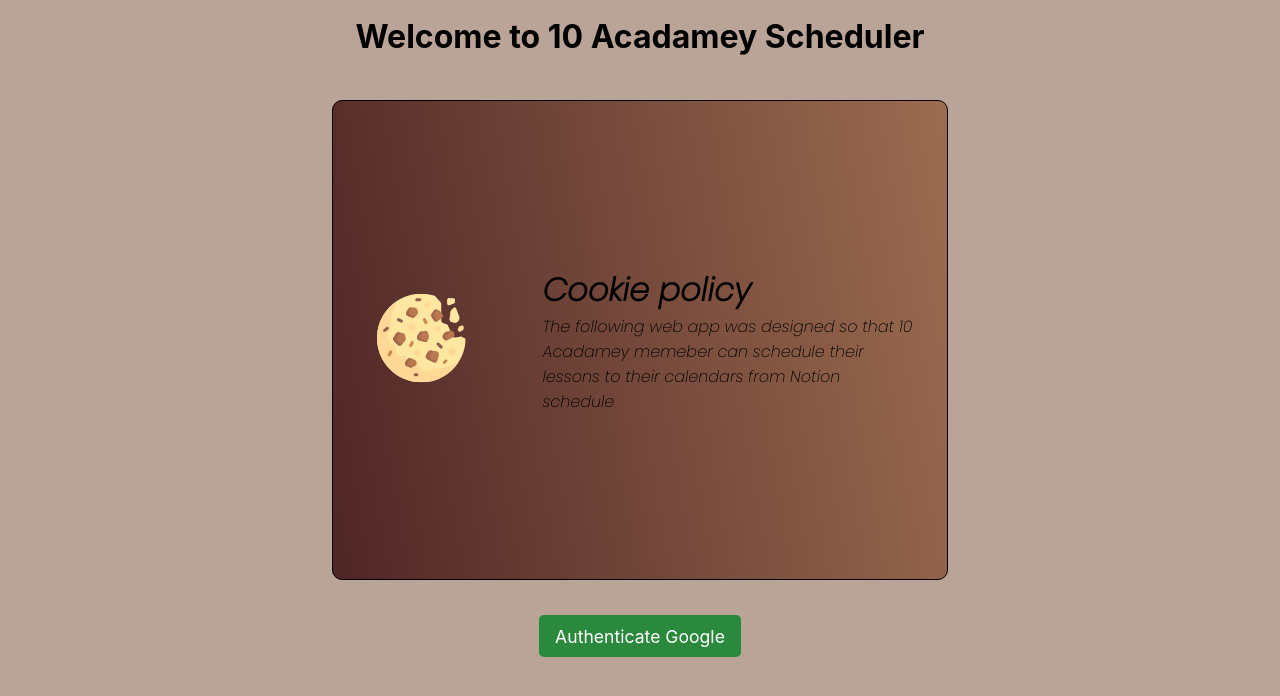
Repository: nebilarega/calendar-extractor
Page: / (app in frontend/)
These files come from the project's save history. The page is drawn as it stood at one moment and after the next save; the edit follows.
The browser window is 1280 px wide. The pictures show the whole page.
The project was rebuilt for these pictures with package versions that can differ from the ones it lists, and the page was loaded fresh each time.

Above is the page before, as saved 2022-08-25 00:14:37.

### frontend/src/App.js
import "./App.css";
import { GoogleOAuthProvider } from "@react-oauth/google";
import { GoogleLogin } from "@react-oauth/google";
import { useState } from "react";
import axios from "axios";

import LandingPage from "./component/LandingPage";

const sampleData = {
  submmary: "Nebil this is a new event",
  description: "A chance to hear more about Google's developer products.",
  location: "800 Howard St., San Francisco, CA 94103",
  start: "August 23, 2022 8:00 AM UTC",
  end: "August 23, 2022 9:00 AM UTC",
  hangoutLink: "meet.google.com/ysb-kjdn-hpp",
};
const App = () => {
  let url;
  const [disabled, setDisabled] = useState(false);
  const responseGoogle = (response) => {
    const code = response;
    axios
      .post("/api/create-tokens", code)
      .then((response) => {
        console.log("response", response.data);
      })
      .catch((error) => {
        console.log(error);
      });
  };
  const responseError = (response) => {
    console.log(response);
  };
  const getUrl = () => {
    axios.get("/api/create-token-v2").then((response) => {
      url = response.data.url;
      if (url) {
        setDisabled(true);
      }
      window.open(url, "_blank");
    });
  };
  const handleClick = () => {
    axios.post("/api/create-events", sampleData).then((response) => {
      console.log("response", response.data);
    });
  };
  return (
    <div className="App" style={{ height: "100vh" }}>
      <LandingPage
        disabled={disabled}
        getUrl={getUrl}
        handleClick={handleClick}
      ></LandingPage>
    </div>
  );
};

export default App;

### frontend/src/App.css
.App {
  text-align: center;
}

.App-logo {
  height: 40vmin;
  pointer-events: none;
}

@media (prefers-reduced-motion: no-preference) {
  .App-logo {
    animation: App-logo-spin infinite 20s linear;
  }
}

.App-header {
  background-color: #282c34;
  min-height: 100vh;
  display: flex;
  flex-direction: column;
  align-items: center;
  justify-content: center;
  font-size: calc(10px + 2vmin);
  color: white;
}

.App-link {
  color: #61dafb;
}

@keyframes App-logo-spin {
  from {
    transform: rotate(0deg);
  }
  to {
    transform: rotate(360deg);
  }
}
.center {
  display: flex;
  justify-content: center;
  align-items: center;
}
.academy {
  width: 100%;
  height: 50vh;
  border-radius: 10px;
  display: flex;
  flex-direction: column;
  justify-content: space-between;
  align-items: center;
  /* margin-left: 10%; */
  /* margin-right: 10%; */
}
.academy-calendar {
  margin-top: 20%;
  font-size: 30px;
}

### frontend/src/component/LandingPage.js
import "../css/landing.css";

const LandingPage = ({ disabled, handleClick, getUrl }) => {
  return (
    <div className="main">
      <header className="header">
        <span className="title"> Welcome to 10 Acadamey Scheduler</span>
      </header>
      <main className="body">
        <div className="card">
          <div className="cookie__container">
            <svg
              width="512"
              height="512"
              viewBox="0 0 512 512"
              fill="none"
              xmlns="http://www.w3.org/2000/svg"
            >
              <g id="cookies-svgrepo-com 1" clipPath="url(#clip0_1_4)">
                <g id="crumbs">
                  <g id="Group">
                    <path
                      id="Vector"
                      d="M469.253 151.699L453.086 148.466C443.898 146.628 437.746 137.932 439.071 128.657L444.704 89.224C445.207 85.707 446.847 82.495 449.233 79.881C446.837 79.76 444.377 80.531 442.464 82.443L429.991 94.915C427.29 97.616 425.537 101.121 424.998 104.902L419.365 144.335C418.04 153.612 424.193 162.307 433.38 164.144L449.547 167.377C456.562 168.779 463.731 165.811 467.7 159.858L473.019 151.88C471.767 151.905 470.514 151.952 469.253 151.699Z"
                      fill="#FFD796"
                    />
                    <path
                      id="Vector_2"
                      d="M435.885 48.122C430.086 50.441 423.779 46.171 423.779 39.926V26.482H414.951C410.076 26.482 406.123 30.435 406.123 35.31V57.582C406.123 63.828 412.43 68.098 418.229 65.778L444.712 55.185C448.063 53.844 450.261 50.599 450.261 46.989V42.372L435.885 48.122Z"
                      fill="#FFD796"
                    />
                    <path
                      id="Vector_3"
                      d="M472.318 192.523L467.1 202.959C465.858 205.444 465.858 208.369 467.1 210.854L469.481 215.618C471.856 220.367 477.855 221.961 482.273 219.016L496.504 209.529C498.96 207.891 500.435 205.135 500.435 202.184V192.673C500.435 186.648 494.532 182.393 488.816 184.299L477.421 188.097C475.201 188.836 473.365 190.428 472.318 192.523Z"
                      fill="#FFD796"
                    />
                  </g>
                  <g id="Group_2">
                    <path
                      id="Vector_4"
                      d="M406.124 35.31V57.582C406.124 63.828 412.431 68.098 418.23 65.778L444.713 55.185C448.064 53.844 450.262 50.598 450.262 46.989V35.31C450.262 30.435 446.309 26.482 441.434 26.482H414.951C410.077 26.482 406.124 30.435 406.124 35.31Z"
                      fill="#FFE6A1"
                    />
                    <path
                      id="Vector_5"
                      d="M424.997 104.904L419.364 144.338C418.039 153.614 424.192 162.31 433.379 164.147L449.546 167.38C456.562 168.784 463.73 165.814 467.699 159.861L473.779 150.741C476.928 146.016 477.614 140.065 475.62 134.749L457.203 85.638C454.912 79.53 447.077 77.833 442.464 82.446L429.992 94.917C427.29 97.618 425.538 101.123 424.997 104.904Z"
                      fill="#FFE6A1"
                    />
                  </g>
                </g>
                <g id="cookie">
                  <path
                    id="Vector_6"
                    d="M479.632 248.36L455.291 253.228C447.191 254.848 439.05 250.635 435.695 243.086L409.622 184.42C407.415 179.453 403.043 175.781 397.771 174.462L384.188 171.067C376.328 169.102 370.815 162.041 370.815 153.939V59.803C370.815 55.404 369.172 51.163 366.209 47.911L333.415 11.925C303.848 2.562 271.976 -1.615 238.84 0.567C111.485 8.957 8.31599 112.557 0.544988 239.95C-8.52201 388.608 109.356 512 256.055 512C395.978 512 509.609 399.725 511.945 260.359L490.991 249.882C487.479 248.125 483.482 247.59 479.632 248.36Z"
                    fill="#FFE6A1"
                  />
                  <g id="Group_3">
                    <path
                      id="Vector_7"
                      d="M335.503 432.551C333.949 432.551 332.418 432.462 330.871 432.434C321.171 443.315 307.089 450.206 291.365 450.206C268.205 450.206 248.569 435.316 241.372 414.608C209.693 402.071 181.119 383.419 157.105 360.071C153.472 361.166 149.699 361.93 145.709 361.93C123.77 361.93 105.985 344.145 105.985 322.206C105.985 314.544 108.257 307.453 112.015 301.385C111.746 300.904 111.459 300.437 111.192 299.954C83.637 298.086 61.848 275.201 61.848 247.172C61.848 230.653 69.414 215.908 81.265 206.194C80.142 196.463 79.503 186.585 79.503 176.551C79.503 126.202 94.097 79.289 119.2 39.697C47.614 85.085 0.0549927 164.964 0.0549927 256C0.0549927 397.385 114.67 512 256.055 512C347.091 512 426.969 464.441 472.358 392.855C432.766 417.958 385.853 432.551 335.503 432.551Z"
                      fill="#FFD796"
                    />
                    <path
                      id="Vector_8"
                      d="M198.676 211.862C210.864 211.862 220.745 201.981 220.745 189.793C220.745 177.605 210.864 167.724 198.676 167.724C186.488 167.724 176.607 177.605 176.607 189.793C176.607 201.981 186.488 211.862 198.676 211.862Z"
                      fill="#FFD796"
                    />
                    <path
                      id="Vector_9"
                      d="M432.607 357.517C444.795 357.517 454.676 347.636 454.676 335.448C454.676 323.26 444.795 313.379 432.607 313.379C420.419 313.379 410.538 323.26 410.538 335.448C410.538 347.636 420.419 357.517 432.607 357.517Z"
                      fill="#FFD796"
                    />
                    <path
                      id="Vector_10"
                      d="M231.779 357.517C240.311 357.517 247.227 350.601 247.227 342.069C247.227 333.537 240.311 326.621 231.779 326.621C223.247 326.621 216.331 333.537 216.331 342.069C216.331 350.601 223.247 357.517 231.779 357.517Z"
                      fill="#FFD796"
                    />
                    <path
                      id="Vector_11"
                      d="M350.952 216.275C359.484 216.275 366.4 209.359 366.4 200.827C366.4 192.295 359.484 185.379 350.952 185.379C342.42 185.379 335.504 192.295 335.504 200.827C335.504 209.359 342.42 216.275 350.952 216.275Z"
                      fill="#FFD796"
                    />
                    <path
                      id="Vector_12"
                      d="M289.159 79.448C297.691 79.448 304.607 72.5317 304.607 64C304.607 55.4683 297.691 48.552 289.159 48.552C280.627 48.552 273.711 55.4683 273.711 64C273.711 72.5317 280.627 79.448 289.159 79.448Z"
                      fill="#FFD796"
                    />
                  </g>
                  <g id="Group_4">
                    <path
                      id="Vector_13"
                      d="M243.209 227.386L233.004 244.395C226.904 254.561 232.36 267.731 243.861 270.606L274.237 278.2C283.697 280.565 293.283 274.814 295.647 265.354L299.122 251.454C299.825 248.642 299.825 245.702 299.122 242.89L295.448 228.193C293.163 219.05 284.099 213.314 274.858 215.162L254.886 219.156C250.008 220.133 245.769 223.121 243.209 227.386Z"
                      fill="#B97850"
                    />
                    <path
                      id="Vector_14"
                      d="M294.162 336.673L283.519 354.411C278.228 363.23 281.564 374.687 290.762 379.286L324.644 396.227C334.746 401.279 346.928 395.675 349.668 384.718L353.158 370.758L357.237 354.439C359.776 344.283 352.97 334.16 342.605 332.679L311.796 328.277C304.766 327.273 297.816 330.582 294.162 336.673Z"
                      fill="#B97850"
                    />
                    <path
                      id="Vector_15"
                      d="M108.413 231.358L95.424 253.007C91.256 259.954 92.351 268.846 98.079 274.575L118.521 295.018C125.962 302.459 138.218 301.78 144.792 293.563L162.317 271.656C165.759 267.354 166.995 261.691 165.658 256.345L161.661 240.357C160.006 233.737 154.686 228.665 147.996 227.326L127.014 223.13C119.698 221.666 112.252 224.96 108.413 231.358Z"
                      fill="#B97850"
                    />
                    <path
                      id="Vector_16"
                      d="M180.291 88.019L170.275 104.713C164.464 114.398 169.116 126.974 179.831 130.546L201.566 137.791C207.91 139.905 214.904 138.254 219.633 133.526L231.332 121.827C235.717 117.442 237.48 111.077 235.976 105.061L232.916 92.822C230.951 84.961 223.889 79.447 215.787 79.447H195.429C189.229 79.448 183.482 82.702 180.291 88.019Z"
                      fill="#B97850"
                    />
                    <path
                      id="Vector_17"
                      d="M393.516 224.47L383.297 234.689C376.403 241.583 376.403 252.762 383.297 259.657L388.298 264.658C393.672 270.032 401.88 271.364 408.678 267.965L437.595 253.507C444.996 249.806 448.835 241.462 446.828 233.434L445.518 228.195C443.233 219.052 434.169 213.316 424.928 215.164L402.539 219.642C399.12 220.324 395.981 222.005 393.516 224.47Z"
                      fill="#B97850"
                    />
                    <path
                      id="Vector_18"
                      d="M327.869 98.456L316.144 114.09C311.837 119.832 311.436 127.612 315.129 133.767L325.978 151.848C331.164 160.492 342.523 163.046 350.91 157.455L372.94 142.768C381.374 137.146 383.352 125.593 377.271 117.485L365.295 101.517C363.14 98.644 360.161 96.496 356.754 95.361L347.576 92.301C340.366 89.896 332.428 92.376 327.869 98.456Z"
                      fill="#B97850"
                    />
                    <path
                      id="Vector_19"
                      d="M176.789 377.385L165.261 391.795C157.86 401.046 161.491 414.816 172.491 419.217L187.976 425.411C192.186 427.095 196.881 427.095 201.09 425.411L218.468 418.459C228.88 414.295 232.822 401.604 226.602 392.273L223.617 387.796C221.912 385.239 219.571 383.173 216.823 381.798L198.473 372.623C191.024 368.9 181.989 370.885 176.789 377.385Z"
                      fill="#B97850"
                    />
                  </g>
                  <g id="Group_5">
                    <path
                      id="Vector_20"
                      d="M140.428 292.921L119.986 272.479C114.258 266.751 113.162 257.858 117.331 250.912L130.32 229.263C131.428 227.417 132.892 225.918 134.511 224.63L127.015 223.132C119.699 221.669 112.252 224.963 108.413 231.36L95.424 253.009C91.256 259.956 92.351 268.848 98.079 274.577L118.521 295.019C125.418 301.916 136.396 301.75 143.206 295.158C142.23 294.511 141.29 293.784 140.428 292.921Z"
                      fill="#A5694B"
                    />
                    <path
                      id="Vector_21"
                      d="M219.248 131.506L197.513 124.262C186.799 120.69 182.145 108.114 187.957 98.429L197.973 81.735C198.482 80.885 199.155 80.186 199.786 79.448H195.428C189.227 79.448 183.48 82.702 180.289 88.02L170.273 104.713C164.461 114.398 169.113 126.974 179.829 130.546L201.564 137.791C207.908 139.905 214.902 138.254 219.631 133.526L221.276 131.881C220.6 131.741 219.914 131.728 219.248 131.506Z"
                      fill="#A5694B"
                    />
                    <path
                      id="Vector_22"
                      d="M290.988 273.124L260.612 265.53C249.11 262.654 243.654 249.485 249.755 239.319L259.96 222.31C261.175 220.285 262.789 218.576 264.65 217.205L254.886 219.158C250.009 220.133 245.768 223.122 243.209 227.388L233.004 244.397C226.904 254.563 232.36 267.733 243.861 270.608L274.237 278.202C280.636 279.802 287.036 277.63 291.275 273.167C291.179 273.143 291.084 273.148 290.988 273.124Z"
                      fill="#A5694B"
                    />
                    <path
                      id="Vector_23"
                      d="M342.469 150.321L331.62 132.24C327.927 126.085 328.328 118.307 332.635 112.563L344.36 96.93C345.644 95.217 347.238 93.875 348.966 92.762L347.575 92.299C340.365 89.896 332.427 92.376 327.867 98.455L316.143 114.088C311.836 119.831 311.435 127.61 315.128 133.765L325.977 151.846C331.146 160.461 342.443 163.016 350.821 157.499C347.464 156.102 344.492 153.692 342.469 150.321Z"
                      fill="#A5694B"
                    />
                    <path
                      id="Vector_24"
                      d="M402.467 263.482C395.572 256.587 395.572 245.409 402.467 238.514L412.686 228.295C415.15 225.831 418.289 224.15 421.708 223.467L440.553 219.698C436.521 215.866 430.764 213.995 424.927 215.163L402.538 219.641C399.12 220.325 395.981 222.005 393.516 224.469L383.297 234.688C376.403 241.583 376.403 252.761 383.297 259.656L388.298 264.657C393.339 269.698 400.839 271.019 407.363 268.38L402.467 263.482Z"
                      fill="#A5694B"
                    />
                    <path
                      id="Vector_25"
                      d="M312.633 377.805C303.435 373.206 300.098 361.749 305.39 352.93L316.033 335.193C317.429 332.868 319.402 331.105 321.578 329.676L311.798 328.279C304.766 327.274 297.817 330.582 294.163 336.673L283.52 354.411C278.229 363.23 281.565 374.687 290.763 379.286L324.645 396.227C331.398 399.604 339.019 398.146 344.188 393.584L312.633 377.805Z"
                      fill="#A5694B"
                    />
                    <path
                      id="Vector_26"
                      d="M205.631 422.46L190.146 416.266C179.147 411.867 175.516 398.095 182.916 388.844L194.444 374.434C195.176 373.519 195.998 372.719 196.866 371.987C189.76 369.266 181.624 371.34 176.789 377.385L165.261 391.795C157.86 401.046 161.491 414.816 172.491 419.217L187.976 425.411C192.186 427.095 196.881 427.095 201.09 425.411L207.267 422.94C206.72 422.781 206.163 422.673 205.631 422.46Z"
                      fill="#A5694B"
                    />
                  </g>
                  <path
                    id="Vector_27"
                    d="M70.665 361.922C69.342 361.922 67.992 361.621 66.726 360.991C62.364 358.81 60.596 353.509 62.778 349.147L71.606 331.492C73.788 327.13 79.076 325.38 83.45 327.544C87.812 329.726 89.58 335.026 87.398 339.388L78.57 357.043C77.023 360.137 73.907 361.922 70.665 361.922Z"
                    fill="#C98850"
                  />
                  <path
                    id="Vector_28"
                    d="M229.572 476.689H220.744C215.869 476.689 211.916 472.741 211.916 467.861C211.916 462.982 215.869 459.033 220.744 459.033H229.572C234.447 459.033 238.4 462.981 238.4 467.861C238.4 472.741 234.447 476.689 229.572 476.689Z"
                    fill="#925F4A"
                  />
                  <path
                    id="Vector_29"
                    d="M194.253 308.965C192.93 308.965 191.58 308.664 190.314 308.034C185.952 305.852 184.184 300.551 186.366 296.19L195.194 278.535C197.371 274.182 202.66 272.423 207.038 274.587C211.4 276.769 213.168 282.069 210.986 286.431L202.158 304.086C200.611 307.181 197.494 308.965 194.253 308.965Z"
                    fill="#C98850"
                  />
                  <g id="Group_6">
                    <path
                      id="Vector_30"
                      d="M141.288 167.724C139.965 167.724 138.615 167.423 137.349 166.793L119.694 157.965C115.332 155.783 113.564 150.483 115.746 146.121C117.923 141.768 123.216 140 127.59 142.173L145.245 151C149.607 153.182 151.375 158.482 149.193 162.844C147.646 165.939 144.529 167.724 141.288 167.724Z"
                      fill="#925F4A"
                    />
                    <path
                      id="Vector_31"
                      d="M247.228 44.137H229.573C224.698 44.137 220.745 40.189 220.745 35.309C220.745 30.429 224.698 26.481 229.573 26.481H247.228C252.103 26.481 256.056 30.429 256.056 35.309C256.056 40.189 252.103 44.137 247.228 44.137Z"
                      fill="#925F4A"
                    />
                  </g>
                  <path
                    id="Vector_32"
                    d="M282.547 176.551C279.305 176.551 276.189 174.767 274.642 171.672L265.814 154.017C263.632 149.655 265.4 144.353 269.762 142.173C274.133 140 279.43 141.768 281.606 146.121L290.434 163.776C292.616 168.138 290.848 173.44 286.486 175.62C285.218 176.25 283.87 176.551 282.547 176.551Z"
                    fill="#C98850"
                  />
                  <g id="Group_7">
                    <path
                      id="Vector_33"
                      d="M40.286 219.777C39.099 219.192 38.022 218.325 37.163 217.2C34.213 213.316 34.972 207.779 38.857 204.83L54.579 192.894C58.46 189.943 63.993 190.709 66.949 194.588C69.899 198.472 69.14 204.009 65.255 206.958L49.534 218.893C46.777 220.985 43.193 221.209 40.286 219.777Z"
                      fill="#925F4A"
                    />
                    <path
                      id="Vector_34"
                      d="M370.814 317.793C368.555 317.793 366.296 316.931 364.573 315.207L346.918 297.552C343.47 294.104 343.47 288.517 346.918 285.069C350.366 281.621 355.953 281.621 359.401 285.069L377.056 302.724C380.504 306.172 380.504 311.759 377.056 315.207C375.331 316.931 373.072 317.793 370.814 317.793Z"
                      fill="#925F4A"
                    />
                  </g>
                  <path
                    id="Vector_35"
                    d="M388.469 406.069C386.21 406.069 383.951 405.207 382.228 403.483C378.78 400.035 378.78 394.448 382.228 391L391.056 382.172C394.504 378.724 400.091 378.724 403.539 382.172C406.987 385.62 406.987 391.207 403.539 394.655L394.711 403.483C392.986 405.207 390.728 406.069 388.469 406.069Z"
                    fill="#C98850"
                  />
                </g>
              </g>
              <defs>
                <clipPath id="clip0_1_4">
                  <rect width="512" height="512" fill="white" />
                </clipPath>
              </defs>
            </svg>
          </div>
          <div className="text__container">
            <h1 className="title">Cookie policy</h1>
            <div className="text">
              <p>
                The following web app was designed so that 10 Acadamey memeber
                can schedule their lessons to their calendars from Notion
                schedule
              </p>
            </div>
          </div>
        </div>
        <div className="footer">
          {!disabled ? (
            <div>
              <button className="google__api" onClick={getUrl}>
                Authenticate Google
              </button>
            </div>
          ) : (
            <div>
              <button className="post__event" onClick={handleClick}>
                Post Event
              </button>
            </div>
          )}
        </div>
      </main>
    </div>
  );
};

export default LandingPage;

### frontend/src/css/landing.css
/* Box sizing rules */
@font-face {
  font-family: "Poppins";
  src: url("../fonts/Poppins-ExtraLightItalic.ttf");
}
*,
*::before,
*::after {
  box-sizing: border-box;
}

/* Remove default margin */
body,
h1,
h2,
h3,
h4,
p,
figure,
blockquote,
dl,
dd {
  margin: 0;
}

/* Remove list styles on ul, ol elements with a list role, which suggests default styling will be removed */
ul[role="list"],
ol[role="list"] {
  list-style: none;
}

/* Set core root defaults */
html:focus-within {
  scroll-behavior: smooth;
}

/* A elements that don't have a class get default styles */
a:not([class]) {
  text-decoration-skip-ink: auto;
}

/* Make images easier to work with */
img,
picture {
  max-width: 100%;
  display: block;
}

/* Inherit fonts for inputs and buttons */
input,
button,
textarea,
select {
  font: inherit;
}

/* The remaining page */
.main {
  width: 100%;
  height: 100%;
  background-color: #baa497;
}
.header {
  width: 100%;
  height: 10vh;
  background-image: linear-gradient();
  background-color: "cyan";
  display: flex;
  justify-content: center;
  align-items: center;
}
.title {
  font-size: 2rem;
  font-weight: bold;
  color: "yellow";
}
.body {
  width: 100%;
  height: 90vh;
  padding: 1.5rem;
  background-color: "gray";
  display: flex;
  flex-direction: column;
  justify-content: center;
  align-items: center;
}
.card {
  width: 50%;
  height: 80%;
  border: 0.5px solid black;
  display: flex;
  border-radius: 10px;
  justify-content: center;
  align-items: center;
  background-image: linear-gradient(260deg, #9b6c50 0%, #4f2626 100%);
}
button {
  margin: 2.2rem;
  height: 2.6rem;
  padding-left: 1rem;
  padding-right: 1rem;
  font-size: 1.1rem;
  border-radius: 0.3rem;
  border: none;
  background-color: #2b893e;
  color: white;
}
button:focus {
  outline: none;
}
button:hover {
  background-color: #3dc959;
  cursor: pointer;
}
/* .cookie__container {
  display: flex;
  justify-content: center;
  align-items: center;
  height: 100%;
} */
.text__container {
  display: flex;
  flex-direction: column;
  justify-content: center;
  align-items: flex-start;
  padding: 2rem;
  font-family: "Poppins", Courier, monospace;
}
.text {
  text-align: left;
}
svg {
  width: 50%;
}

Loaded but not shown: frontend/public/index.html (common file); frontend/src/index.js (common file); frontend/src/index.css (common file)

After the next save:
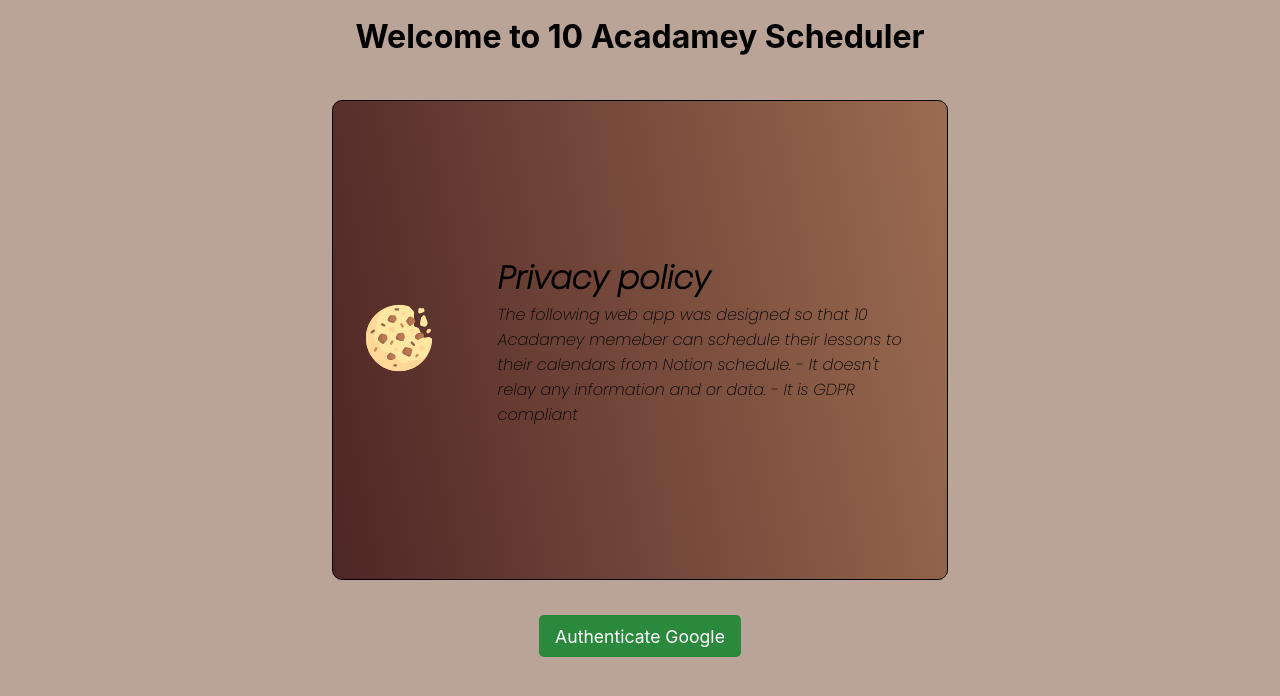
Saved 2 min 5 s later.
--- a/frontend/src/component/LandingPage.js
+++ b/frontend/src/component/LandingPage.js
@@ -219,12 +219,13 @@
             </svg>
           </div>
           <div className="text__container">
-            <h1 className="title">Cookie policy</h1>
+            <h1 className="title">Privacy policy</h1>
             <div className="text">
               <p>
                 The following web app was designed so that 10 Acadamey memeber
                 can schedule their lessons to their calendars from Notion
-                schedule
+                schedule. - It doesn't relay any information and or data. - It
+                is GDPR compliant
               </p>
             </div>
           </div>
